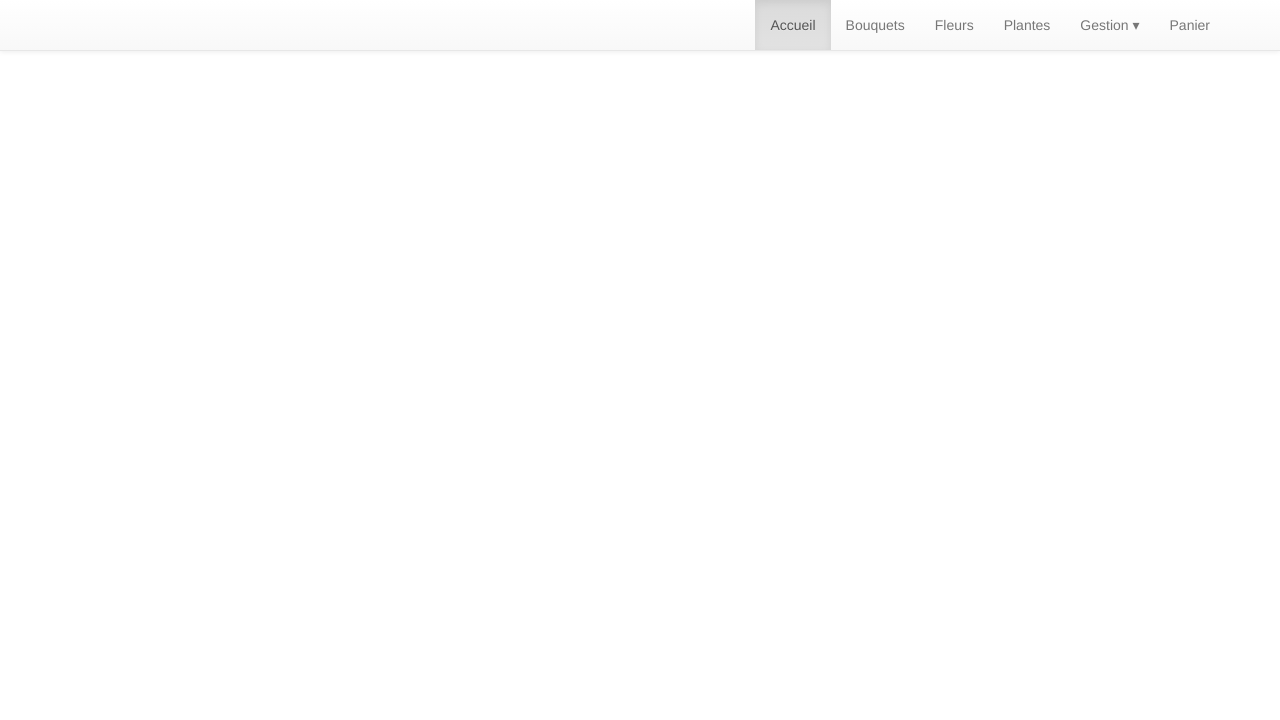
Repository: JeremT8/JavaFleuristeProject
Page: tp-fleuriste/src/main/webapp/index.html
The author's editor kept a copy of each file at every save. The page is drawn from the files as they stood at one save, then again after the next save.
The browser window is 1280 px wide. The pictures show the whole page.
Some icons come from a web library that is not loaded, so they are not drawn. Some web libraries are served in a nearby version.

Above is the page before, as saved 2022-05-16 12:44:56.

After the next save:
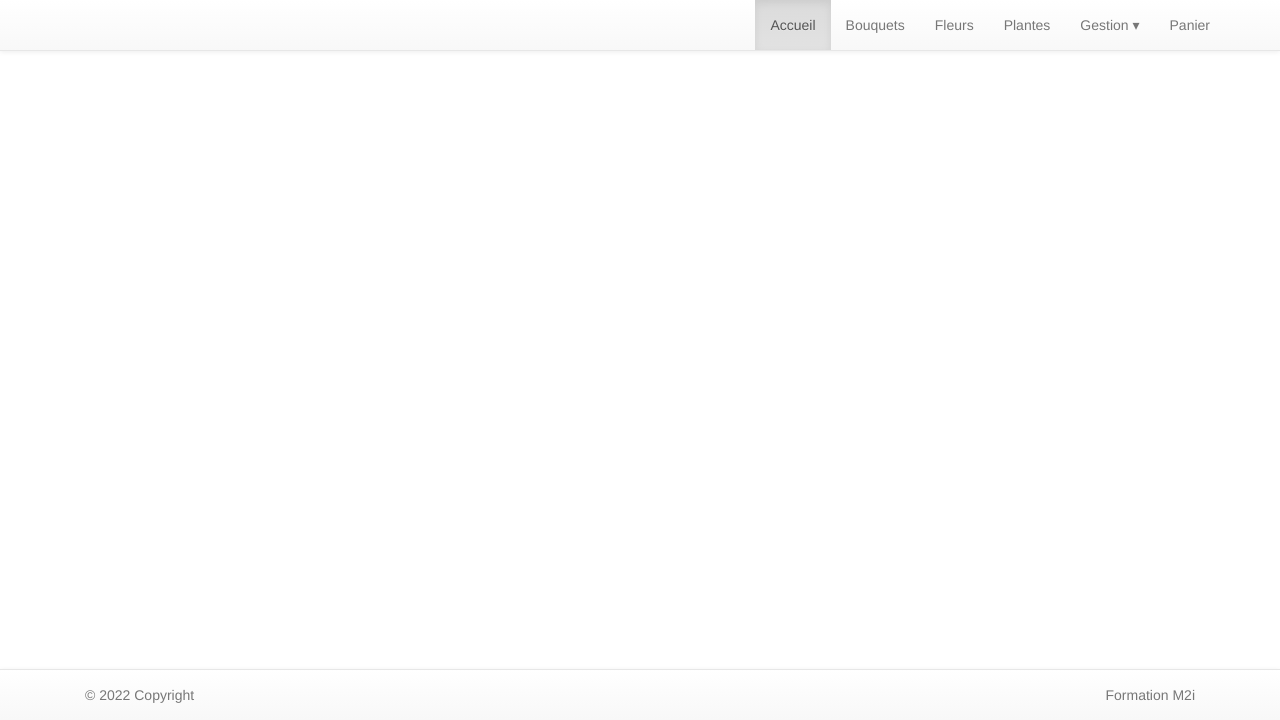
Saved 39 s later.
--- a/tp-fleuriste/src/main/webapp/index.html
+++ b/tp-fleuriste/src/main/webapp/index.html
@@ -57,5 +57,18 @@
 			</div>
 		</div>
 	</nav>
+
+
+
+
+	<nav class="navbar navbar-default navbar-fixed-bottom">
+		<div class="container">
+			<ul class="nav navbar-nav  navbar-foot">
+				<li class="pull-left"><a>© 2022 Copyright</a></li>
+				<li class="pull-right"><a>Formation M2i</a></li>
+			</ul>
+		</div>
+	</nav>
+
 </body>
 </html>
